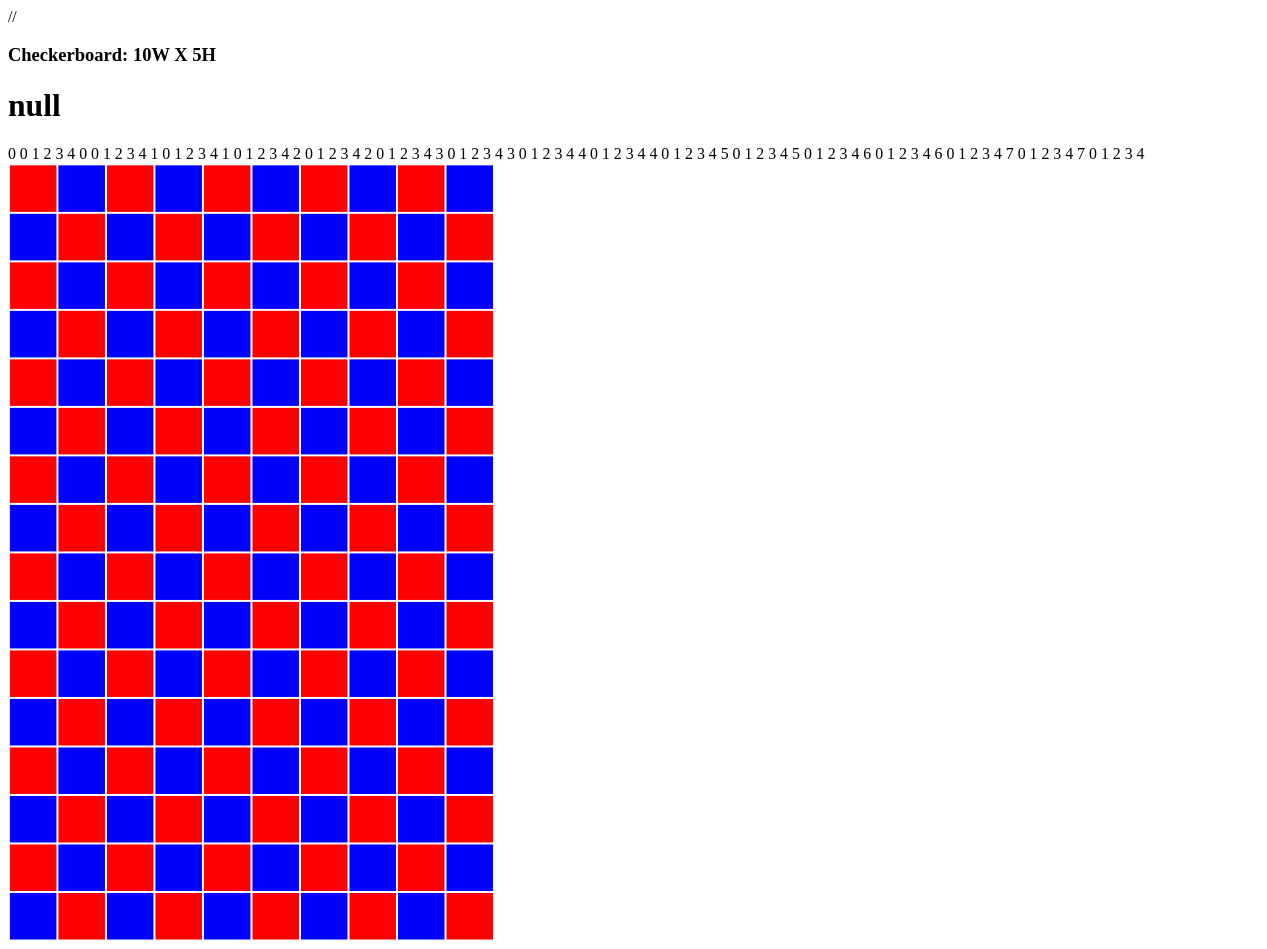
Repository: ben-mandakh/Java-Projects
Page: http://localhost/CheckerBoard/CheckerBoard.jsp
An editor plug-in stored every save of this project. The page is shown before and after the next save, followed by the edit.
The browser window is 1280 px wide. The pictures show the whole page, at 99% of full size.
The page is served by Tomcat 9.

Above is the page before, as saved 2019-08-09 03:04:47.

### CheckerBoard/WebContent/CheckerBoard.jsp
<%@ page language="java" contentType="text/html; charset=ISO-8859-1"
    pageEncoding="ISO-8859-1"%>
<!DOCTYPE html>
<html>
<head>
<meta charset="ISO-8859-1">
<title>Checker Board</title>
</head>
<body>


	//<h3> Checkerboard: 10W X 5H</h3>
	<!-- getting the value for the name parameter -->
    <% String req = request.getParameter("name"); %>
    <!-- displaying the value -->
    <h1><%= req %></h1>

 	<%!
	int a = 8;
	int b = 5;
	%>

	<table>
	   <% for(int i = 0; i<a; i++){ %>
			<tr>  <%= i %>
			 <% for(int j = 0; j<b; j++){ %>
			 	<%= j %>
				<th style="width:45px; height:45px; background-color: red"> </th>
				<th style="width:45px; height:45px; background-color: blue"> </th>
			<% } %>
				<%= i %>
			</tr>
			<tr>
				<% for(int j = 0; j<b; j++){ %>
			 	<%= j %>
				<td style="width:45px; height:45px; background-color: blue"> </td>
				<td style="width:45px; height:45px; background-color: red"> </td>
			 	<% } %>
			</tr>
		<% } %>
	</table>




</body>
</html>

After the next save:
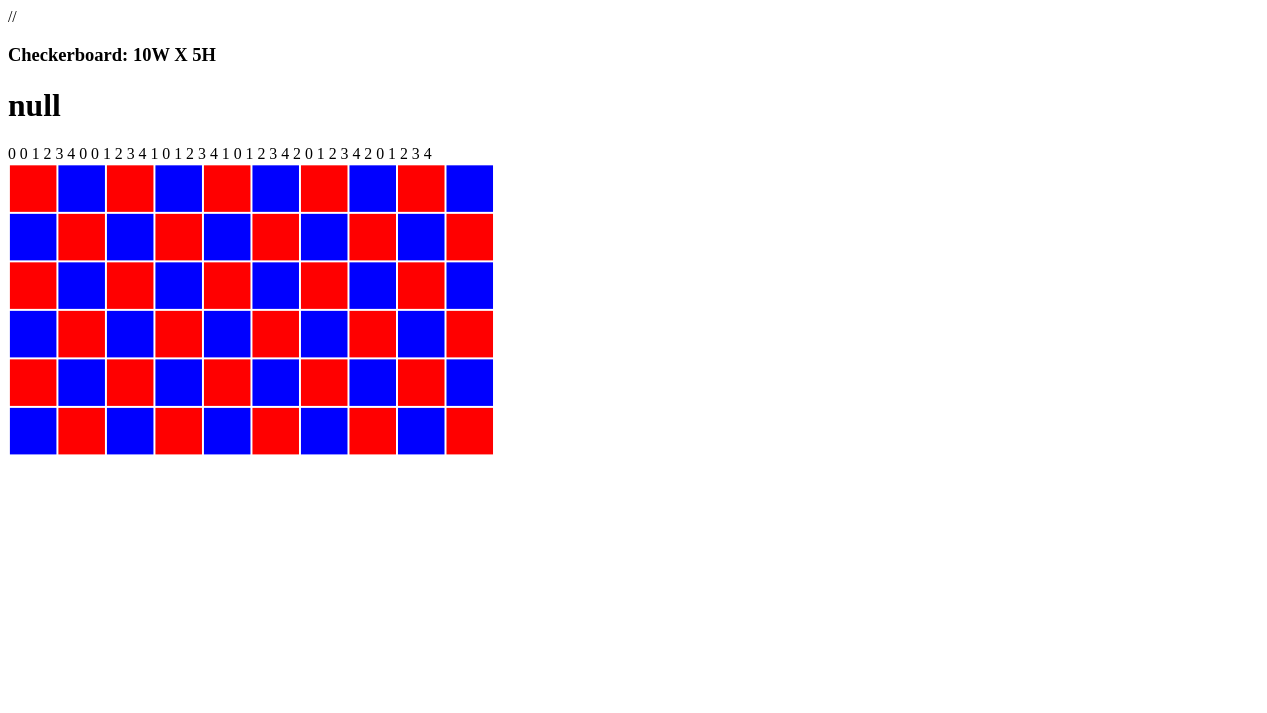
Saved 24 s later.
--- a/CheckerBoard/WebContent/CheckerBoard.jsp
+++ b/CheckerBoard/WebContent/CheckerBoard.jsp
@@ -16,7 +16,7 @@
     <h1><%= req %></h1>
 
  	<%!
-	int a = 8;
+	int a = 3;
 	int b = 5;
 	%>
 
